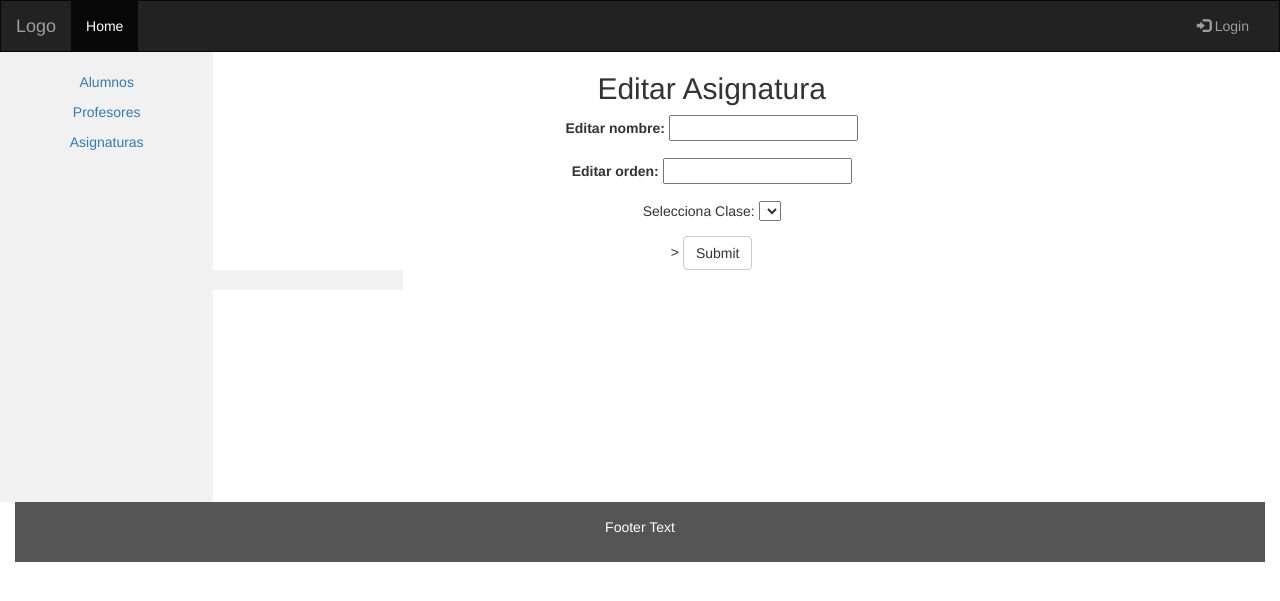
Repository: gsegovia69/BecaJava_2019
Page: http://localhost/editarasign
An editor plug-in stored every save of this project. The page is shown before and after the next save, followed by the edit.
The browser window is 1280 px wide. The pictures show the whole page.
The page is this project's Thymeleaf template; nobody is signed in. The template is opened directly, without the code that normally fills it, so the values that code supplies are empty.

Above is the page before, as saved 2019-05-16 14:32:51.

After the next save:
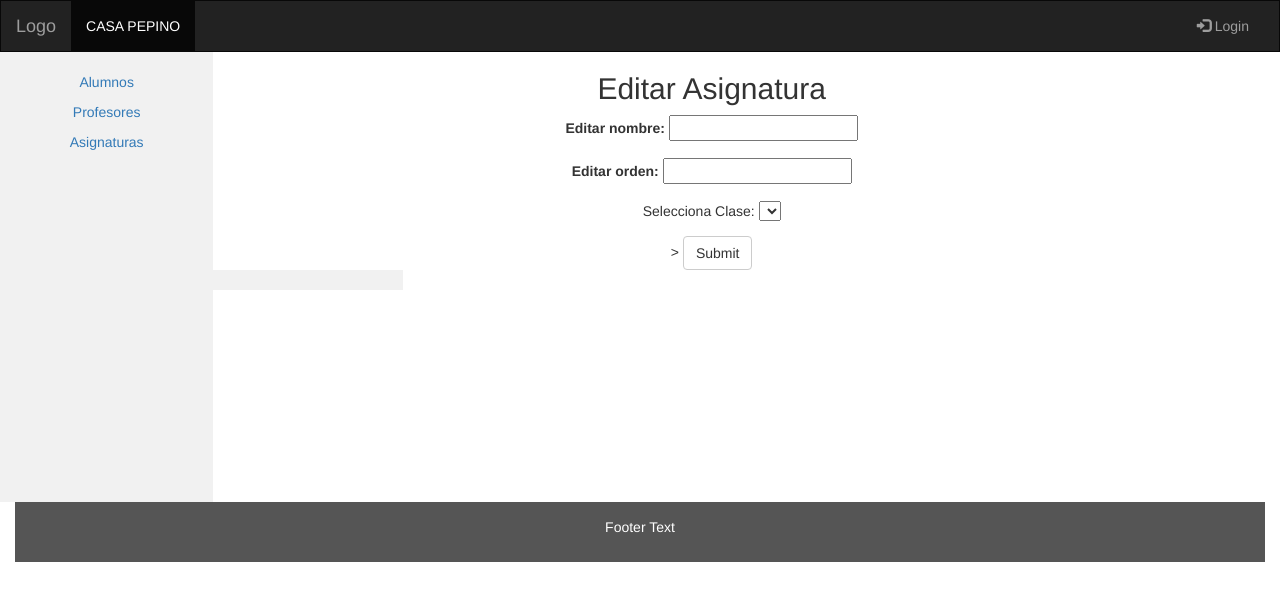
Saved 4 min 42 s later.
--- a/EJERCICIOS/ROBERTO_QUESADA/Everis/springisthebest/springisthebest/src/main/resources/templates/editarasign.html
+++ b/EJERCICIOS/ROBERTO_QUESADA/Everis/springisthebest/springisthebest/src/main/resources/templates/editarasign.html
@@ -62,7 +62,7 @@ footer {
 			</div>
 			<div class="collapse navbar-collapse" id="myNavbar">
 				<ul class="nav navbar-nav">
-					<li class="active"><a href="#">Home</a></li>
+					<li class="active"><a href="#">CASA PEPINO</a></li>
 				</ul>
 				<ul class="nav navbar-nav navbar-right">
 					<li><a href="#"><span class="glyphicon glyphicon-log-in"></span>
